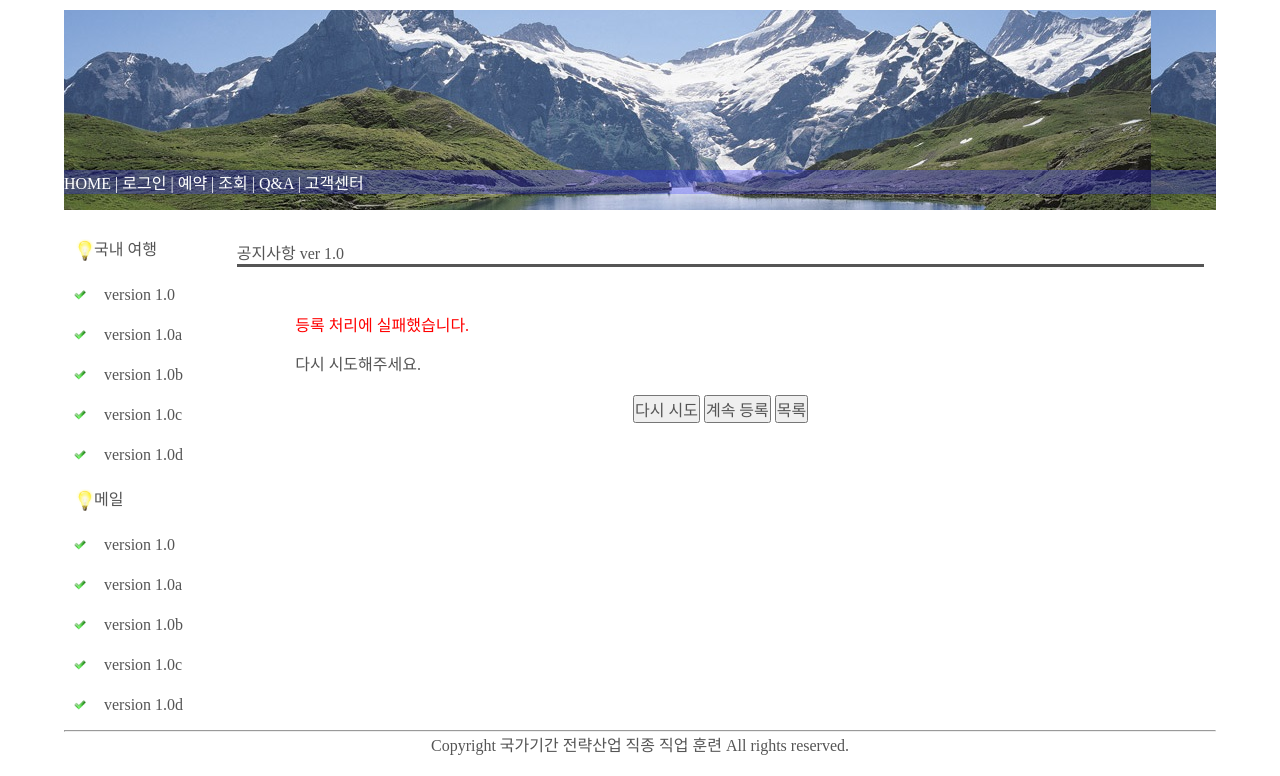
Repository: jangky000/ai_web
Page: http://localhost/blog_v2jc/mail_app/create_proc.jsp
An editor plug-in stored every save of this project. The page is shown before and after the next save, followed by the edit.
The browser window is 1280 px wide. The pictures show the whole page.
The page is served by Tomcat 9. Other server files are loaded and not shown. Queries for data that is not in the repository find no rows.

Above is the page before, as saved 2020-03-27 05:42:01.

### ws__frame/blog_v2jc/WebContent/mail_app/create_proc.jsp
<%@ page contentType="text/html; charset=UTF-8" %>

 <!-- MySQL에서 DBMS에 연결할때 쓰던 import 패키지와 구성이 같다. -->
 <!-- MovieDAO2.java 참조 -->
<%@ page import="java.sql.Connection" %>
<%@ page import=" java.sql.DriverManager" %>
<%@ page import="java.sql.PreparedStatement" %>
<%@ page import="java.sql.ResultSet" %>
<%@ page import="java.sql.SQLException" %>

<%
request.setCharacterEncoding("utf-8");
String root = request.getContextPath();
%>

<%
// 필요 변수 선언
Connection con = null;              // DBMS 연결
PreparedStatement pstmt = null; // SQL 실행
ResultSet rs = null;                   // SELECT 결과를 저장
StringBuffer sql = null;              // SQL 문장
int count = 0;                         // 처리된 레코드 갯수

// MYSQL
// String className = "org.gjt.mm.mysql.Driver"; // MySQL 연결 Driver
// String url = "jdbc:mysql://172.16.12.4:3306/javadb?useUnicode=true&characterEncoding=euckr"; //데이터베이스 javadb 사용

//Oracle, jdbc 연결
String className = "oracle.jdbc.driver.OracleDriver"; // Oracle 연결 Driver
String url = "jdbc:oracle:thin:@127.0.0.1:1521:XE"; //XE -> soldesk 등으로 달라질 수 있다.

String user = "ai6";
String password = "1234";
%>

<!DOCTYPE html>
<html lang="ko">
<head>
<meta charset="UTF-8">
<title></title>
<link href="<%=root%>/css/style.css" rel="Stylesheet" type="text/css">
</head>
<body>
<jsp:include page="/menu/top.jsp" flush='false' />
  <div class="title_line">공지사항 ver 1.0</div>
  <fieldset class="fieldset_basic">
    <!-- <legend class="legend_basic">공지사항 등록</legend> -->
      <ul>
        <%
        String title = request.getParameter("title");
        String content = request.getParameter("content");
        String rname = request.getParameter("rname");
        String passwd = request.getParameter("passwd");

      //네트워크 설정에 예외처리가 필수
        try {
          Class.forName(className); // memory로 클래스를 로딩함, 객체는 생성하지 않음.
          con = DriverManager.getConnection(url, user, password ); // MySQL 연결

          sql = new StringBuffer();
          //SQL문 앞에 한 칸 공백 만들기 + ' ; '지우기
          sql.append(" INSERT INTO notice(noticeno, title, content, rname, passwd, rdate )");
          sql.append(" VALUES (notice_seq.nextval, ?, ?, ?, ?, sysdate)"); // '?'는 ?값으로 판단, 문자열도 single quatation 없이 사용

          //StringBuffer를 문자열로 변환
          pstmt = con.prepareStatement(sql.toString());

          pstmt.setString(1, title);
          pstmt.setString(2, content);
          pstmt.setString(3, rname);
          pstmt.setString(4, passwd);

          //pstmt 바인딩 후에 실행
          count = pstmt.executeUpdate(); // INSERT, UPDATE, DELETE를 실행

        } catch (SQLException e) {
          System.out.println("SQL 실행 중 예외 발생");
          e.printStackTrace(); // 예외가 발생하기까지의 실행 과정 출력
        } catch (ClassNotFoundException e) {
          System.out.println("JDBC 드라이버가 없습니다.");
          e.printStackTrace();
        } finally {
          //try{ if (rs != null){ rs.close(); } }catch(Exception e){ }
          // 따로 에러 출력하지 않고 연결 종료
          try{ if (pstmt != null){ pstmt.close(); } }catch(Exception e){ }
          try{ if (con != null){ con.close(); } }catch(Exception e){ }
        }

      if(count == 1){
        %>
        <li class="li_none">등록 처리에 성공했습니다.</li>
        <%
      } else{
        %>
        <li class="li_error" >등록 처리에 실패했습니다.</li>
        <li class="li_none">다시 시도해주세요. </li>
        <%
      }
        %>
      </ul>
      <div class ="bottom_menu">
        <!-- onclick = "" javascript 연결 -->
        <%
        if(count == 0){
          %>
          <button type="button" onclick="history.back();">다시 시도</button>
          <%
        }
        %>
        <button type="button" onclick="location.href = './create_form.jsp'">계속 등록</button>
        <button type="button" onclick="location.href = './list.jsp'">목록</button>
      </div>
  </fieldset>

<jsp:include page="/menu/bottom.jsp" flush='false' />
</body>
</html>
</html>

### ws__frame/blog_v2jc/WebContent/menu/top.jsp
<%@ page contentType="text/html; charset=UTF-8" %>
<!-- jsp: include를 사용했기 때문에 root로 인한 충돌이 발생하지 않는다. -->
<% String root = request.getContextPath(); %>

<DIV class='container'>
  <DIV class='top_img'>
    <NAV class="top_menu">
      <a href="<%=root %>" class="menu_link">HOME</a> | 로그인 | 예약 | 조회 | Q&A | 고객센터
    </NAV>
  </DIV>

  <DIV style='margin-top: 10px;'> <!-- 좌측 메뉴 + 내용 시작 -->
    <DIV class='left_menu'> <!--  좌측 메뉴 시작 -->
      <div class="li_left_menu_1" >국내 여행</div>
      <UL>
         <!-- 모든 위치에서 동일한 주소를 찾아야하므로, 절대 경로로 설정 -->
        <LI class="li_left_menu_2"><a href="<%= request.getContextPath() %>/notice1/list.jsp">version 1.0</a></LI>
        <LI class="li_left_menu_2"><a href="<%= request.getContextPath() %>/notice1a/list.jsp">version 1.0a</a></LI>
        <LI class="li_left_menu_2"><a href="<%= request.getContextPath() %>/notice1b/list.jsp">version 1.0b</a></LI>
        <LI class="li_left_menu_2"><a href="<%= request.getContextPath() %>/notice1c/list.jsp">version 1.0c</a></LI>
        <LI class="li_left_menu_2"><a href="<%= request.getContextPath() %>/notice1d/list.jsp">version 1.0d</a></LI>
      </UL>
      <!-- br을 쓰는 것보다 margin으로 여백을 주는 것이 낫다 -->
      <div class="li_left_menu_1">메일</div>
      <UL>
        <LI class="li_left_menu_2"><a href="<%= request.getContextPath() %>/mail_app/list.jsp">version 1.0</a></LI>
        <LI class="li_left_menu_2"><a href="<%= request.getContextPath() %>/mail_app1a/list.jsp">version 1.0a</a></LI>
        <LI class="li_left_menu_2"><a href="<%= request.getContextPath() %>/mail_app1b/list.jsp">version 1.0b</a></LI>
        <LI class="li_left_menu_2"><a href="<%= request.getContextPath() %>/mail_app1c/list.jsp">version 1.0c</a></LI>
        <LI class="li_left_menu_2"><a href="<%= request.getContextPath() %>/mail_app1d/list.jsp">version 1.0d</a></LI>
      </UL>

    </DIV>  <!--  좌측 메뉴 종료 -->

    <DIV class='content_body'> <!--  내용 시작 -->

### ws__frame/blog_v2jc/WebContent/menu/bottom.jsp
<%@ page contentType="text/html; charset=UTF-8" %>

    </DIV> <!-- 내용 종료 -->
  </DIV> <!-- 좌측 메뉴 + 내용 종료 -->

  <!-- 화면 하단 메뉴 -->
  <DIV class='copyright'>
    <HR>
    Copyright 국가기간 전략산업 직종 직업 훈련 All rights reserved.
  </DIV>

</DIV> <!-- 컨테이너 종료 -->

### ws__frame/blog_v2jc/WebContent/css/style.css
/* ver 0.2 */
/* 모든 태그에 적용 */
  *{
     font-family: Malgun Gothic;
     font-size: 16px;
     margin: 0px;  /* top right bottom left */
     padding: 0px;
     color: #555555;
  }

  .container {
    width: 90%;
    margin: 10px auto;
  }

  /*
  이미지 경로 지정
  권장하지 않는 방법(절대경로): background-image: url('/blog_v2jc/css/images/top_image.jpg');
  권장하는 방법(상대경로): background-image: url('./images/top_image.jpg');
  style.css 파일이 include(link)되는 폴더를 현재 폴더로 인식함
  /blog_v2jc/css/style.css에서 사용
  /blog_v2jc/css/images/top_image.jpg 인식
   */
  .top_img {
    width: 100%;
    height: 200px;
    /* background-image: url('/blog_v2jc/menu/images/top_image.jpg'); */
    background-image: url('./images/top_image.jpg');
  }

  .top_menu {
    position: relative;  /* 부모 태그 기준 화면 상단 기준 */
    top: 80%;
    /* left: 2px;  */
    background-color: rgba(50, 50, 255, 0.3);
    color: white;
  }

  .left_menu {
    width: 15%;
    float: left;
  }

  .content_body {
    width: 84%;
    float: left;
  }

  .content_bottom {

  }

  .bottom_menu {
    text-align: center;
    margin: 20px auto;
    clear: both;
  }

  .copyright {
    text-align: center;
    margin: 20px auto; /* 블럭 가운데 정렬 */
    clear: both; /*  float: left; 해제 float 효과를 제거 */
  }

  .li_warning{/* 경고 메시지 */
    list-style: none;
    margin: 15px 10px;
    color: #ff6600;
  }

  .li_error{ /* 에러 메시지 */
    list-style: none;
    margin: 15px 10px;
    color: #FF0000;
  }

  .li_none{
    list-style: none;
    margin: 15px 10px;
  }

  .fieldset_basic{
    width:90%;
    margin:10px auto;
    border-top: none;
    border-right: none;
    border-bottom: none;
    border-left: none;
    padding: 10px;
  }

  .legend_basic{
    margin-left:30px;
    border:solid 1px #999999;
    background-color: #A6C2FF;
    color:#FFFFFF;
  }

  input:focus {outline:none;}
  .input_basic{
    border-top: none;
    border-right: none;
    border-bottom: solid 1px #999999;
    border-left: none;
  }

  .title_line{
    text-align:left;
    /* text-decoration: underline; */
    border-bottom: solid 3px #555555;
    width: 100%;
    margin: 20px auto;

  }

  .sub_menu{
    text-align: right;
    width: 100%;
  }

  .table_basic{
    border-collapse: collapse; /* 셀 합치기 */
    margin: 2px auto;
    width: 100%;
  }

  /*
    1em 기본값: 16px, 주변 태그의 글자 크기를 1em으로 인식
    div 태그가 20px일 경우 자식 태그가 0.5em이면 최종적으로 10px이 적용됨.
  */
  .th_basic{
    font-size: 0.8em;
    border-bottom: solid 1px #999999;
  }

  .td_basic{
    background-color: #ffffff;

    border-top: none;
    border-right: none;
    border-bottom: solid 1px #dddddd;
    border-left: none;

    text-align: center;
  }

  .td_left{
    background-color: #ffffff;

    border-top: none;
    border-right: none;
    border-bottom: solid 1px #dddddd;
    border-left: none;

    text-align: left;
  }

  A:link{  /* 방문전 상태 */
    text-decoration: none; /* 밑줄 삭제 */
    color: #555555;
  }

  A:visited{  /* 방문후 상태 */
    text-decoration: none; /* 밑줄 삭제 */
    color: #555555;
  }

  A:hover{  /* A 태그에 마우스가 올라간 상태 */
    text-decoration: underline; /* 밑줄 출력 */
    color: #7777FF;
  }

  A:active{  /* A 태그를 클릭한 상태 */
    text-decoration: underline; /* 밑줄 출력 */
    color: #7777FF;
  }

  /* top menu */
  .menu_link:link{  /* 방문전 상태 */
    text-decoration: none; /* 밑줄 삭제 */
    color: white;
  }

  .menu_link:visited{  /* 방문후 상태 */
    text-decoration: none; /* 밑줄 삭제 */
    color: white;
  }

  .menu_link:hover{  /* A 태그에 마우스가 올라간 상태 */
    text-decoration: underline; /* 밑줄 출력 */
    color: white;
    /* font-weight: bold; */
  }

  .menu_link:active{  /* A 태그를 클릭한 상태 */
    text-decoration: underline; /* 밑줄 출력 */
    color: white;
  }

  .content_title{
    border-top: none;
    border-right: none;
    border-bottom: solid 1px #999999;
    border-left: none;

    margin-bottom: 20px;
  }

  .content_bottom{
    border-top: none;
    border-right: none;
    border-bottom: none;
    border-left: none;
    margin: 20px 0;
    text-align: right;
    font-size: 0.8em;
  }

  .li_left_menu_1{/* 화면 좌측 대분류 */
    list-style: none;
    margin: 15px 10px;
    background: url(./images/li_left_menu_1.png) left center no-repeat; /* url 왼쪽 중간 반복x */
    background-size: 22px;
    padding-left: 20px;
    line-height: 30px;
  }

  .li_left_menu_2{/* 화면 좌측 중분류 */
    list-style: none;
    margin: 15px 10px;
    background: url(./images/li_left_menu_2.png) left center no-repeat; /* url 왼쪽 중간 반복x */
    background-size: 12px;
    margin: 10px;
    padding-left: 30px;
    line-height: 30px;
  }

After the next save:
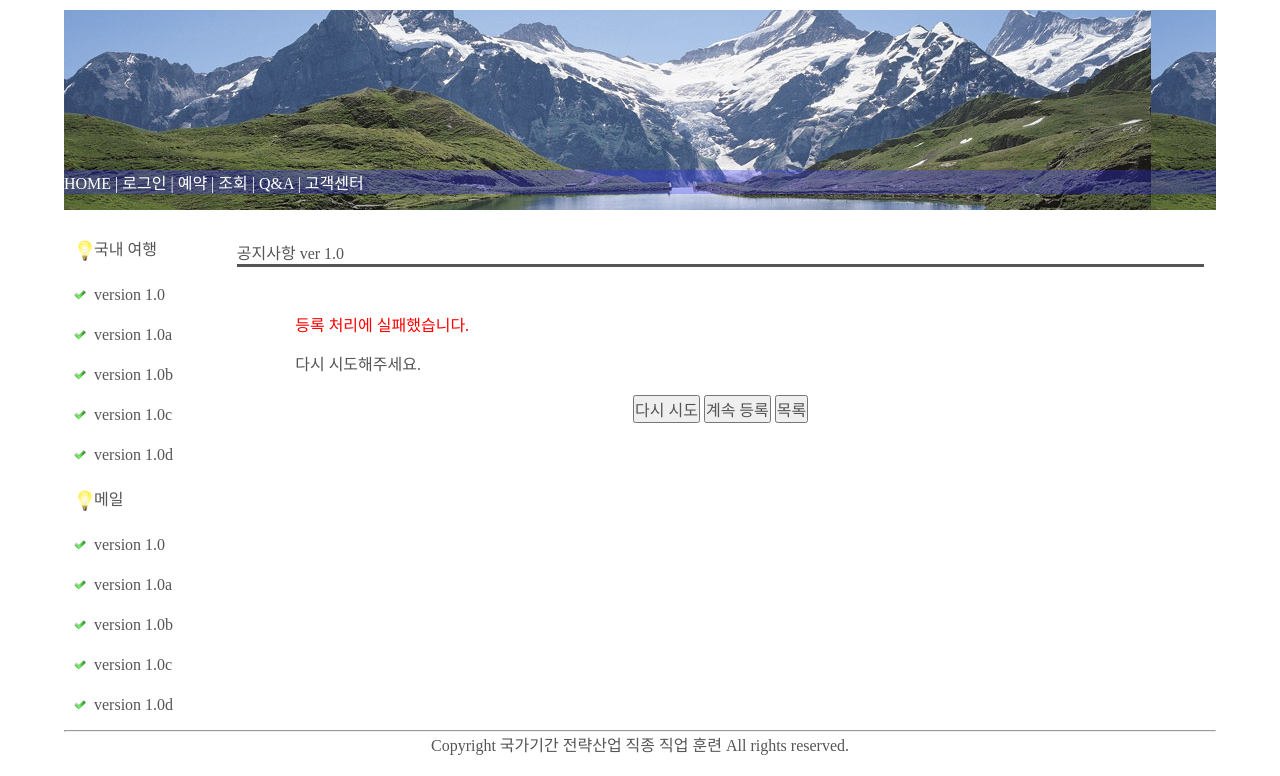
Saved 2 s later.
--- a/ws__frame/blog_v2jc/WebContent/css/style.css
+++ b/ws__frame/blog_v2jc/WebContent/css/style.css
@@ -231,6 +231,6 @@
     background: url(./images/li_left_menu_2.png) left center no-repeat; /* url 왼쪽 중간 반복x */
     background-size: 12px;
     margin: 10px;
-    padding-left: 30px;
+    padding-left: 20px;
     line-height: 30px;
   }
